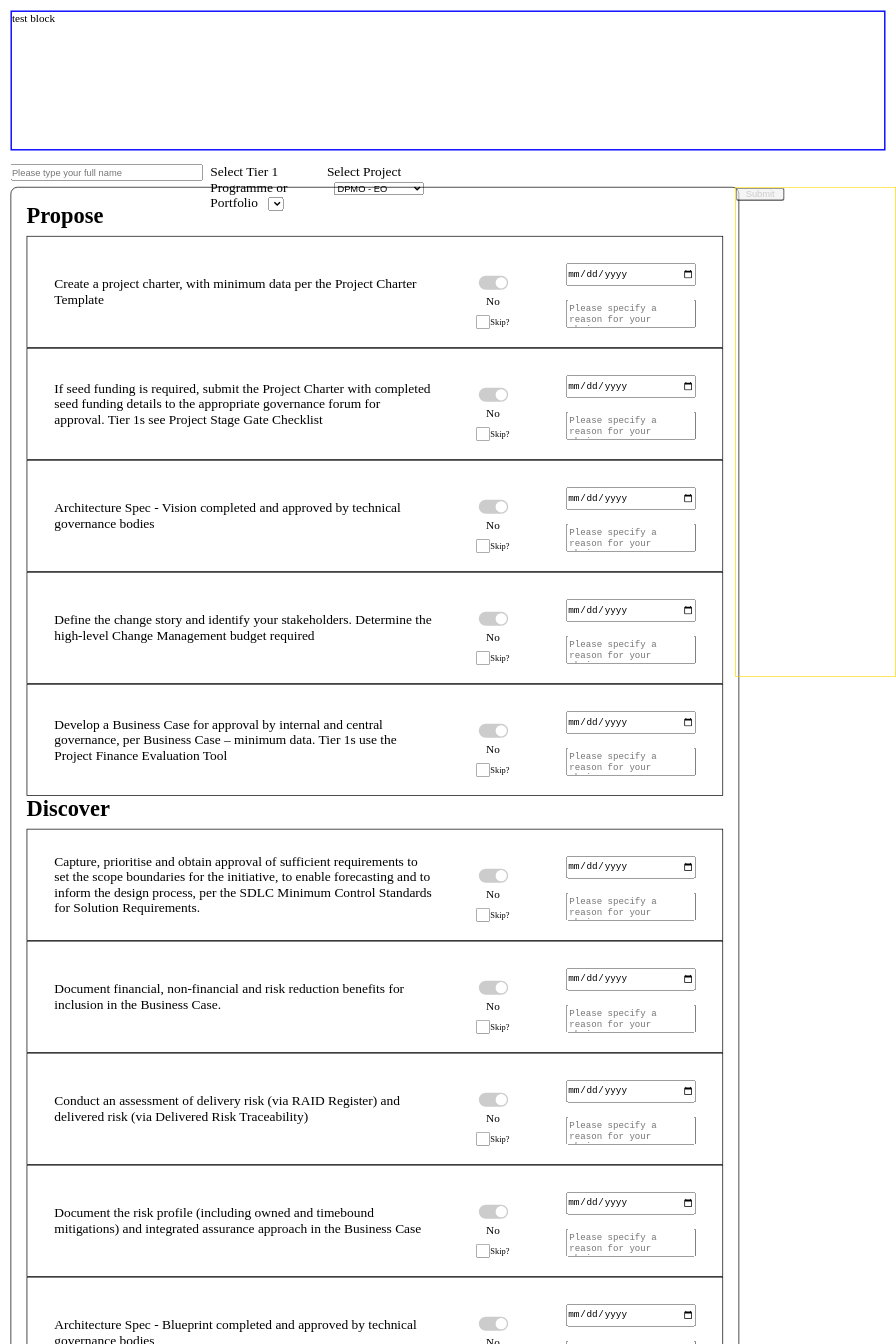
Repository: I-Alpha/JQuery-Html-form
Page: Project-form.html
These files come from the project's save history. The page is drawn as it stood at one moment and after a run of saves; the edit follows.
The browser window is 1280 px wide. The pictures show the part of the page from y = 0 to 1920 px (the page is 8699 px tall), at 70% of full size.

Above is the page before, as saved 2020-10-27 00:56:52.

### Project-form.html
<!DOCTYPE html>
<html lang="en">

<head>
    <meta charset="UTF-8">
    <meta name="viewport" content="width=device-width, initial-scale=1.0">
    <link rel="preload" type="fetch" id="Excelfile" name="Excelfile" value="QuestionData.xlsx" />
    <script src="https://ajax.googleapis.com/ajax/libs/jquery/3.5.1/jquery.min.js"></script>
    <script src="https://cdnjs.cloudflare.com/ajax/libs/xlsx/0.14.5/xlsx.full.min.js"></script>
    <script src="https://cdnjs.cloudflare.com/ajax/libs/babel-polyfill/6.26.0/polyfill.js"></script>
    <script src="https://cdnjs.cloudflare.com/ajax/libs/xlsx/0.8.0/jszip.js"></script>
    <script src="https://cdnjs.cloudflare.com/ajax/libs/xlsx/0.8.0/xlsx.js"></script>
    <script src="main.js"></script>
    <link rel="stylesheet" href="main.css" />
    </style>
    <title>Document</title>
</head>

<body style=" display:flex; flex-direction: column; padding: 15px">
    <div id="testblock" name="testblock" style="border:2px solid blue; width: 100%; min-height:200px">test block</div>


    <div id="mainwrapper" style="justify-content: center;">
        <div id="preBar" class="container">
            <div id="formControl" class="container">    <input type= "text" id= "fullname" class= "required" placeholder="Please type your full name"></input>
                <label for="selectPorfolio">Select Tier 1 Programme or Portfolio
                    <select name="selectPorfolio" id="selectPorfolio" style=" margin :0 0 0 10px; max-width:8rem;"
                        placeholder="Select Portfolio"></select></label>
                <label for="selectProject">Select Project
                    <select name="selectProject" id="selectProject" style=" margin :0 0 0 10px; max-width:8rem; "
                        placeholder="Select Portfolio"></select></label>
            </div>

        </div>
        <div id="formContainer" class="container">
            <div id="wrapper">
                <form id="form1">

                    <table class="hidden">
                        <tr>
                            <td colspan=4 class="questCol">
                                <label class="questionLabel" for="mainCheck"></label>
                            </td>
                            <td colspan=1 class="inputCol">
                                <span class="inputContainer">
                                    <span class="mainCheckContainer" style=" display:flex; flex-direction: column;">
                                        <label class="switch">
                                            <input class="mainCheck" type="checkbox" checked>
                                            <span class="slider  round"></span>
                                        </label>
                                        <p for="mainCheck" class="mainChoice" data-val="Yes">No</p>
                                    </span>
                                    <span class="skipContainer" style="left : 6px; display:flex; ">
                                        <input class="skipCheck" type="checkbox">
                                        <p class="skipChoice">Skip?</p>
                                    </span>

                                </span>
                            </td>
                            <td colspan=2 class="altCol">
                                <input type="date" min="getDate()">
                                <textarea type="text"
                                    placeholder="Please specify a reason for your choice...."></textarea>
                            </td>
                        </tr>
                    </table>

                </form>
            </div><div></div>
            <div id= "progressBar"  style ="border : 1px solid gold ; width :230px; right: 0;  position: fixed; height: 700px">
            <button style="order:1; margin:0;" class = "disabled"id="submitbtn" type="submit" form="form1" value="Submit">Submit</button>
        </div>
        </div>

    </div>

</body>

</html>

### main.css

    * {
        box-sizing: border-box;
        margin: 0;
        padding: 0;
        color: black;

    }

    html {
        width: 100%;
        height: 100%;

    }


    label{
        font-size:.9rem;
       }

    body {
        width: 100%;
        height: 100%;
        display: flex;
        position: relative;
        flex-direction: column;
    }

    .hidden{
    display:none;
    visibility: none;
    opacity: 0;
   position:absolute;
    }
    .center {

        text-align: center;
    }

    .container {
        display: flex;
        position: relative;
    }


    h1 {
        margin-bottom: 10px;
    }

    #wrapper {
        border: solid 1px black;
        border-radius: 10px;
        padding: 20px;
        margin-bottom: 10px;

    }

    #mainwrapper{
        max-width: 98%;
    }
    p {
        color: black;
        font-size: 1rem;
        height: auto;
        width: auto;
    }

 .disabled{
     opacity: 60%;
     color:darkgray;
     pointer-events: none;
 }
  form{
      width:100%;
      height : auto;
  }

    .skipContainer {
        position: relative;
        align-items: center;
        left: 0;
        display: flex;
        margin-top: 10px;
    }

    .skipCheck {
        width: 20px;
        height: 20px;

    }

    .skipChoice {font-size: 12px;}


    .skipChoice,
    .skipCheck {
        position: relative;
        left: -10px;
    }

    /* slider */
    .switch {
        position: relative;
        display: inline-block;
        width: 42px;
        height: 20px;
    }

    .switch input {
        opacity: 0;
        width: 0;
        height: 0;
    }

    .slider {
        position: absolute;
        cursor: pointer;
        top: 0;
        left: 0;
        right: 0;
        bottom: 0;
        background-color: #ccc;
        -webkit-transition: .4s;
        transition: .4s;
    }

    .slider:before {
        position: absolute;
        content: "";
        height: 16px;
        width: 16px;
        right:2px;
        bottom: 2px;
        background-color: white;
        -webkit-transition: .4s;
        transition: .4s;
    }

    .mainCheck:checked+.slider {
        background-color: #2196F3;
    }

    .mainCheck:focus+.slider {
        box-shadow: 0 0 1px #2196F3;
    }

    .mainCheck:checked+.slider:before {
        -webkit-transform: translateX(-23px);
        -ms-transform: translateX(-23px);
        transform: translateX(-23px);
    }

    /* Rounded sliders */
    .slider.round {
        border-radius: 34px;
    }

    .slider.round:before {
        border-radius: 50%;
    }

    /*end of slider section*/

    button {
        margin: 10px;
        width: 70px;
        border-radius: 4px;
    }

    td {
         display: flex;
         flex-direction: column;
    }
    td > *{
         padding : 5px 0;
    }


    tr{
        height:10rem;   border: 1px solid black;
        border-collapse: collapse;
}

tr::after{
    border: 1px solid green;
    height:1px;
    content: :" ";
    width: 100%;
    position: relative;
    display: block;
}

td.inputContainer {
    display: inline-block;
    height:100%;
}

td.inputCol{
    display:flex;
    position: relative;
    text-align: center;
    align-items:center;
    min-height:100%;

}

  .questCol textarea{

   padding:  2px  3px;
   display: block;
   position: relative;
   min-width: 95%;
}



/* iPads (portrait and landscape) ----------- */
@media only screen
and (min-device-width : 768px)
and (max-device-width : 1024px) {
/* Styles */
}

/* iPads (landscape) ----------- */
@media only screen
and (min-device-width : 768px)
and (max-device-width : 1024px)
and (orientation : landscape) {
/* Styles */
}

/* iPads (portrait) ----------- */
@media only screen
and (min-device-width : 768px)
and (max-device-width : 1024px)
and (orientation : portrait) {
/* Styles */
}

/* Desktops and laptops ----------- */
@media only screen
and (min-width : 1224px) {
/* Styles */

 label {
     font-size: 1.2rem;
 }

#wrapper{
     min-width: 85%;
     height:auto;
    }

    .inputContainer{

        position: relative;
        top:15px;
     }

    td.inputCol{
        position: absolute;
        vertical-align: middle;


    }

    td {
        position: relative;
        justify-content: center;
        padding:10px 15px;}

    .questCol{
        position: relative;
        padding-right: 5px;
        max-width:35rem;
    }

    td.altCol{
        position: relative;
        height: 100%;
    }
     textarea{
        resize: none;
        display: block;
        font-size: 13px;
        text-align: start;
        align-content: flex-start;
         width:100%;
         top:10px;
         position: relative;
         margin-top:10px;
         padding: 4px 4px;
         align-items: flex-start;
    }

     td.altCol input {
         width:100%;
     }

    tr{
        display: flex;
        flex-direction: row;
        border: 1px solid black;
        border-collapse: collapse;
        justify-content: space-around;

    }


  #preBar{
   display: grid;
    flex-direction: row;
   grid-template-columns: 600px ;

   margin : 10px 0;
  }


  #preBar div{
 display: flex;
 height:2rem;

  }

  #radioBtnBox label{
    margin: 0 20px;
  }

  #radioBtnBox label input{
    margin: 0 10px;
  }
  #radioBtnBox{
    margin-left:90px;
    border:1px solid black;
    padding: 10px 0;
}

#formControl select{

    margin: 0px 10px 0  0;
}
#formControl label{
   margin:10px;
    align-items:center;

}

 #fullname{
     position: relative;
     max-height:1.5rem;
     bottom:-9.2px;
     width: 100%;

    }

#form1 {


    position: relative;
display: flex;
flex-direction: column;
}

table{
    width:100%;
}


.mainChoice {
    display: flex;
    margin-top: 8px;
    left:10px;
    position: relative;
}

#formContainer{


}

td.inputContainer {
    display: inline-block;
    height:100%;
}

td.inputCol{
    display:flex;
    position: relative;
    vertical-align: middle;
    text-align: center;
    align-items:center;
    min-height:100%;

}
}

/* Large screens ----------- */
@media only screen
and (min-width : 1824px) {
/* Styles */
}

/* iPhone 4 ----------- */
@media
only screen and (-webkit-min-device-pixel-ratio : 1.5),
only screen and (min-device-pixel-ratio : 1.5) {
/* Styles */
}

Loaded but not shown: main.js (514 lines, source omitted)

After the next 3 saves:
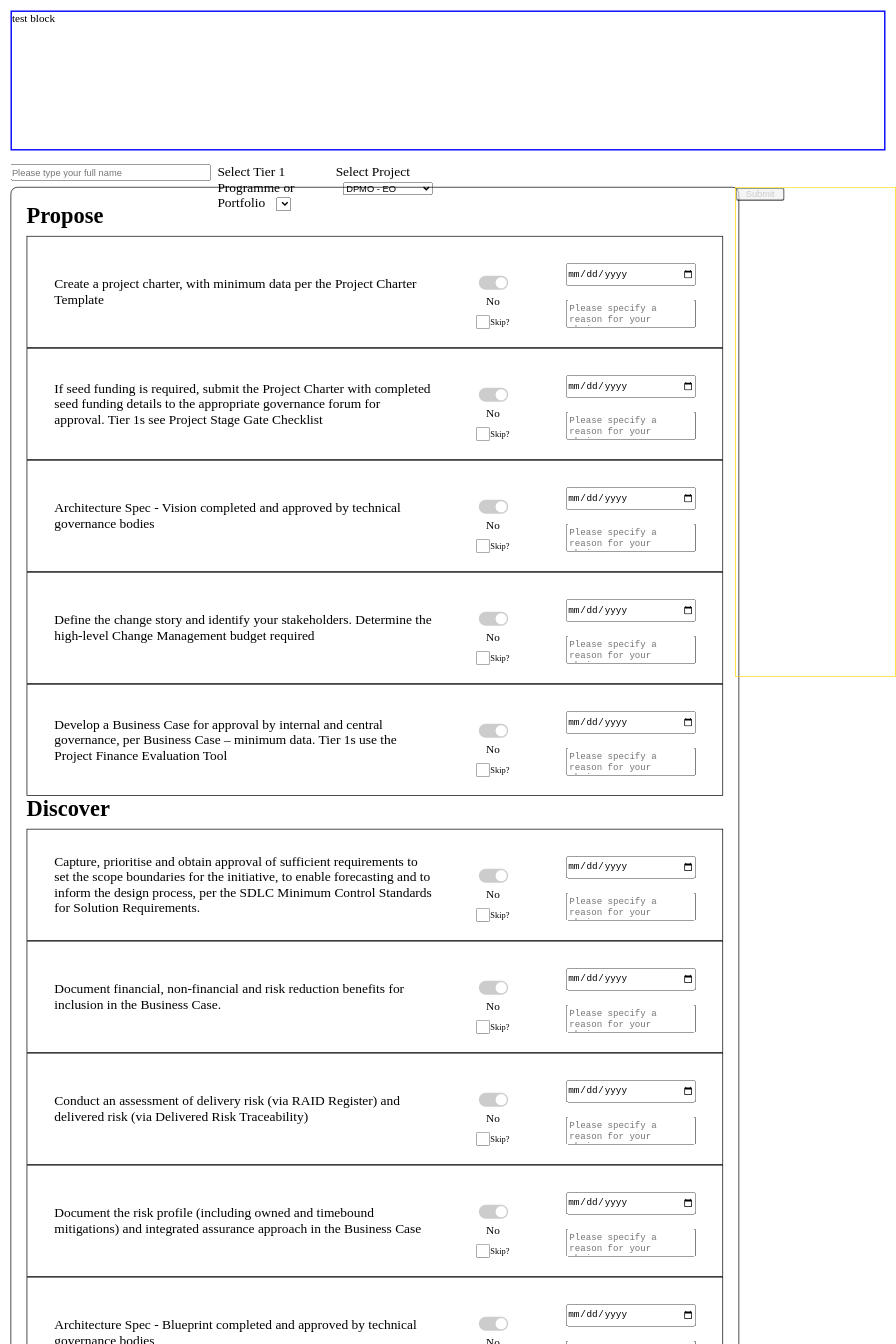
The 3 saves are shown as one change because they came seconds apart.
The last was saved 12 s later.
--- a/main.css
+++ b/main.css
@@ -310,7 +310,7 @@ and (min-width : 1224px) {
   #preBar{
    display: grid;
     flex-direction: row;
-   grid-template-columns: 600px ;
+   grid-template-columns: 1fr 1fr  ;
 
    margin : 10px 0;
   }
